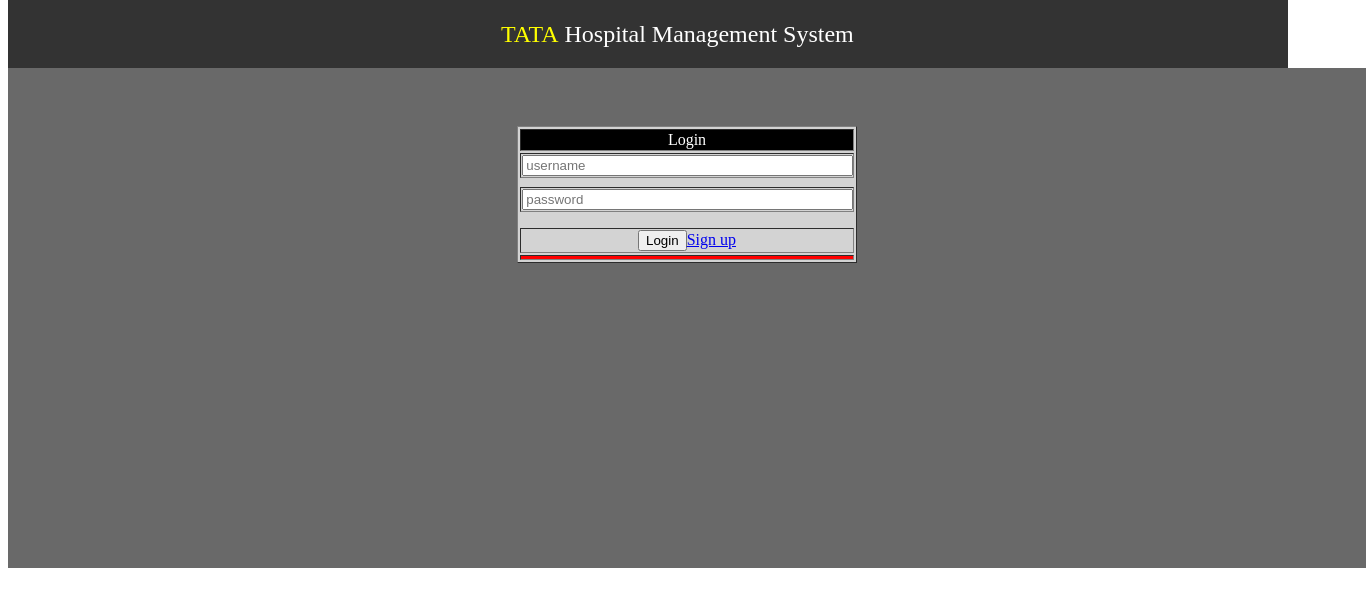
Repository: gopikavinod/RBM
Page: http://localhost/Hospital_Management_System/RegisterPatient.jsp
An editor plug-in stored every save of this project. The page is shown before and after the next save, followed by the edit.
The browser window is 1280 px wide. The page is 1366 px wide, so the pictures cover 1366 px, including what lies to the right of the window. The pictures show the whole page.
The page is served by Tomcat 9. Other server files are loaded and not shown.

Above is the page before, as saved 2020-06-27 09:25:47.

### eclipse-workspace/Hospital Management System/WebContent/Login.jsp
<%@ page language="java" contentType="text/html; charset=ISO-8859-1"
    pageEncoding="ISO-8859-1"

    %>
<!DOCTYPE html>
<html>
<head>
<meta charset="ISO-8859-1">
<title>Login</title>
<style>
    /* Add some padding on document's body to prevent the content
    to go underneath the header and footer */
    body{
        padding-top: 60px;
        padding-bottom: 40px;
    }
    .container{
        margin: 0 auto; /* Center the DIV horizontally */
    }
    .fixed-header, .fixed-footer{
        width: 100%;
        position: fixed;
        background: #333;
        padding: 10px 0;
        color: #fff;
    }
    .fixed-header{
        top: 0;
    }

    /* Some more styles to beutify this example */

    .container p{
        line-height: 200px; /* Create scrollbar to test positioning */
    }
    p.detail
    {
    color:yellow;
    line-height: 0px;
    font-size: x-large;
    }
    span.name{
    	color:white;
    	font-size: x-large;
    }
    tr
    {
    height: 5px;
    }
    span.aestric
    {
    color: red;
    }


</style>
<script>

function disableBackButton()
 {
  //location.href("logout.html");

 }
if(window.history.forward(1) != null)
         window.history.forward(1);
</script>
</head>
<body>
 <div class="fixed-header">
<div class="container" style="padding-left: 493px;">
  <p class="detail" >TATA<span class="name">&nbsp;Hospital Management System</span></p>
</div>
 </div>
   <div class="container" style="background-color: dimgrey;width:1358px;height:500px">
   	<script>
	function form_validation() {

		var uname=document.myForm.un.value;
		var pwd=document.myForm.pw.value
		if(uname=="")
			{
			 alert("please enter username")
			}
		else if(pwd=="")
			{

			}

	}
	</script>

   <form action="LoginServlet" name="myForm"  style="padding-top: 58px" onload="disableBackButton()" onsubmit=" return form_validation();" method="post">

		<!-- 	Please enter your username
			<input type="text" name="un"/><br>

			Please enter your password
			<input type="text" name="pw"/>

			<input type="submit" value="submit"> -->
<table align="center" border="1" width="25%" bgcolor="#D3D3D3">

<tr>
<td align="center" colspan="2"  style="background-color: black; color: white;" >Login</td>
</tr>
<tr>
<td><input type="text" name="un" style="width: 98% " colspan="2" placeholder="username" minlength="8"  >  </td>
</tr>
<tr>
</tr>
<tr>

<td> <input type="password" name="pw" style="width: 98%" colspan="2" placeholder="password"  pattern="^(?=.*?[A-Z])(?=.*?[a-z])(?=.*?[0-9])(?=.*?[#?!@$%^&*-]).{8,}$" oninvalid="this.setCustomValidity('Invalid Password')" required="required" > </td>
</tr>
<tr></tr>
<tr></tr>
<tr>
<td align="center" colspan="2"><input type="submit" onclick="disableBackButton()" value="Login" ><a href="Signup.jsp">Sign up</a>  </td>
</tr>
<tr>
<td style="background: red">${message}</td>
</tr>
</table>

		</form>
   </div>

</body>
</html>

After the next save:
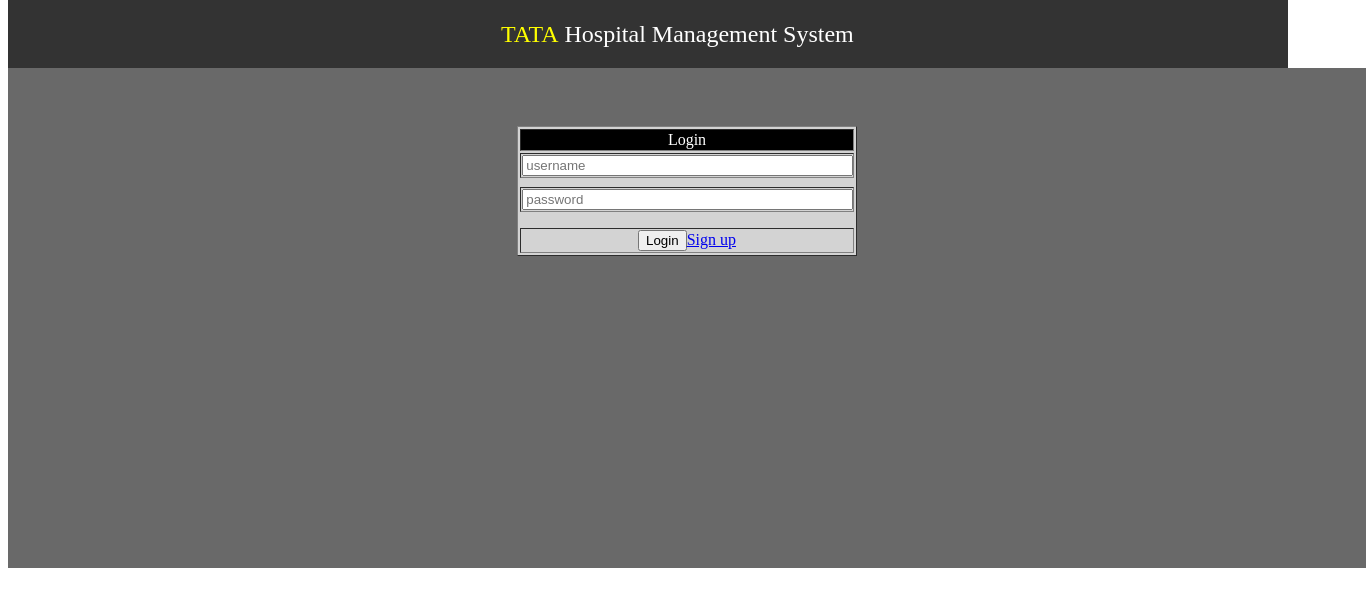
Saved 58 s later.
--- a/eclipse-workspace/Hospital Management System/WebContent/Login.jsp
+++ b/eclipse-workspace/Hospital Management System/WebContent/Login.jsp
@@ -117,11 +117,10 @@
 <tr>
 <td align="center" colspan="2"><input type="submit" onclick="disableBackButton()" value="Login" ><a href="Signup.jsp">Sign up</a>  </td>
 </tr>
-<tr>
-<td style="background: red">${message}</td>
-</tr>
+
 </table>
-
+<br>
+	${message}
 		</form>
    </div>
 
